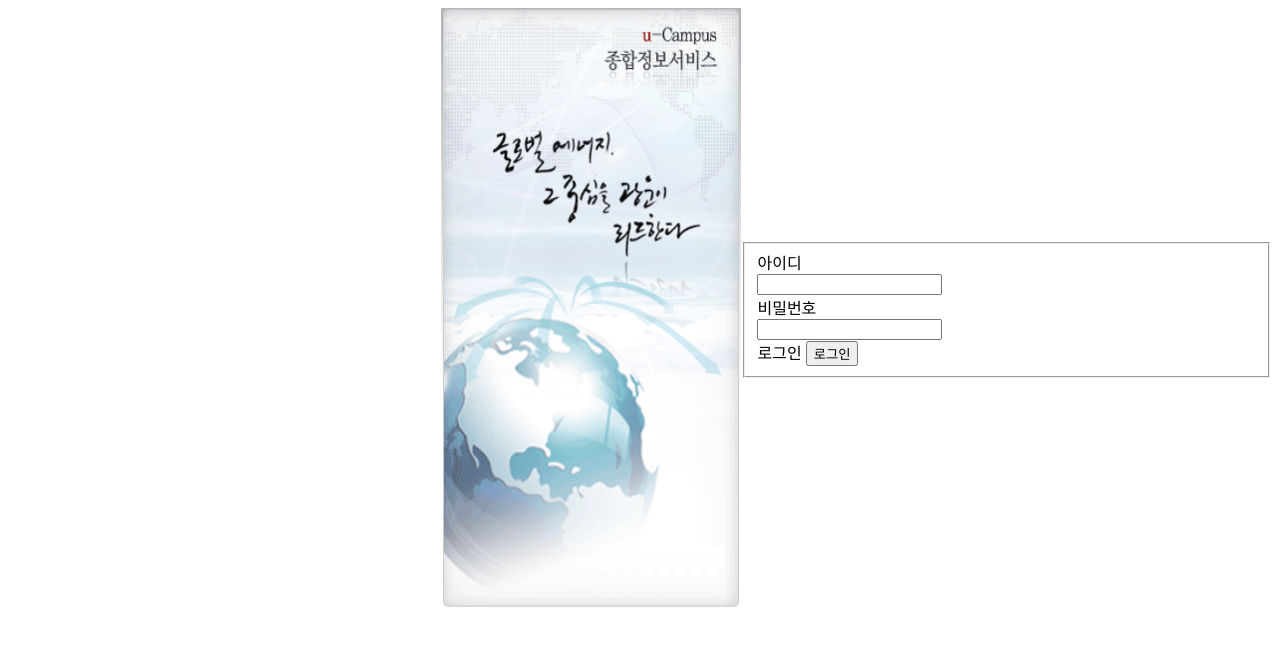
Repository: jungmintaeng/mini-ucampus
Page: ucam/WebContent/Login.html
The author's editor kept a copy of each file at every save. The page is drawn from the files as they stood at one save, then again after the next save.
The browser window is 1280 px wide. The pictures show the whole page.

Above is the page before, as saved 2016-06-11 00:31:22.

After the next save:
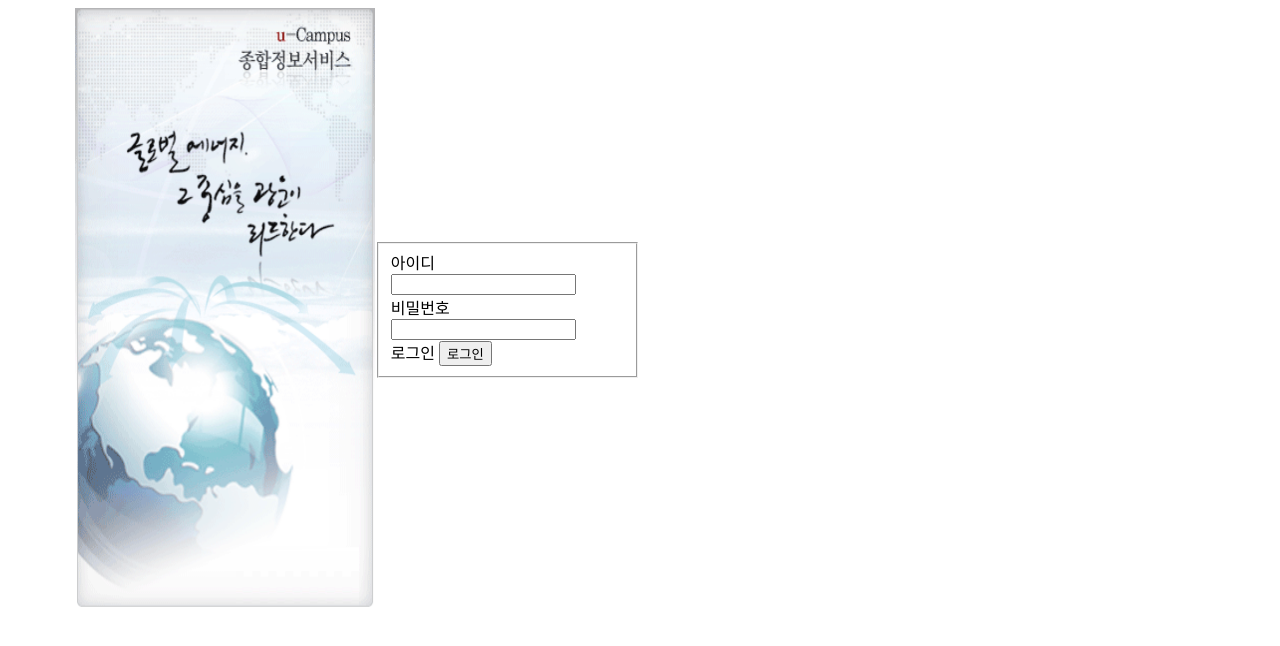
Saved 17 s later.
--- a/ucam/WebContent/Login.html
+++ b/ucam/WebContent/Login.html
@@ -6,7 +6,7 @@
 </head>
 <body>
 
-<table width = "100%" cellpadding='0' cellspacing='0'>
+<table width = "50%" cellpadding='0' cellspacing='0'>
 <tr>
 <td align="right"><font size="2"><img
 src="images\image_intra01.gif" width ="300" height="600" border ="0">
